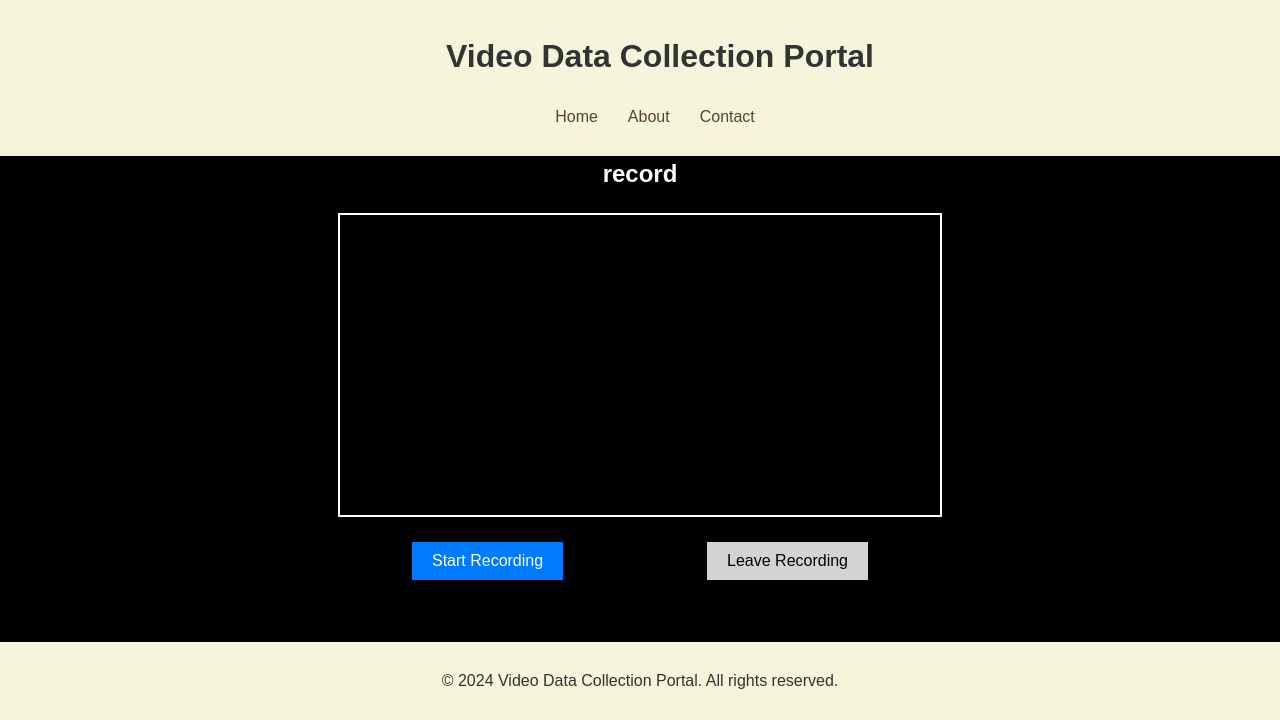
Repository: Oren93/sign_lang_data
Page: /record (app in frontend/sign-lang-ui/)
These files come from the project's save history. The page is drawn as it stood at one moment and after the next save; the edit follows.
The browser window is 1280 px wide. The pictures show the whole page.
The page's requests for data from a server got no answer. The project was rebuilt for these pictures with package versions that can differ from the ones it lists, and the page was loaded fresh each time. No one was signed in, and anything a server would have sent is missing. Also part of the build but not shown: frontend/sign-lang-ui/vite.config.ts, frontend/sign-lang-ui/src/pages/Home.tsx, frontend/sign-lang-ui/src/pages/About.tsx, frontend/sign-lang-ui/src/pages/Contact.tsx, frontend/sign-lang-ui/src/pages/Upload.module.css, frontend/sign-lang-ui/src/pages/Upload.tsx.

Above is the page before, as saved 2024-06-10 10:35:16.

### frontend/sign-lang-ui/src/main.tsx
// src/main.tsx
import React from 'react';
import ReactDOM from 'react-dom/client';
import { BrowserRouter as Router, Routes, Route } from 'react-router-dom';
import App from './App';
import './index.css';

const root = ReactDOM.createRoot(document.getElementById('root') as HTMLElement);
root.render(
  <React.StrictMode>
    <Router>
      <Routes>
        <Route path="/*" element={<App />} />
      </Routes>
    </Router>
  </React.StrictMode>
);

### frontend/sign-lang-ui/src/App.tsx
// src/App.tsx
import React, { useEffect, useLayoutEffect } from 'react';
import { Routes, Route, useLocation } from 'react-router-dom';
import Header from './components/Header';
import Footer from './components/Footer';
import Home from './pages/Home';
import About from './pages/About';
import Contact from './pages/Contact';
import Upload from './pages/Upload';
import Record from './pages/Record'; // Import the new component

const App: React.FC = () => {
  const location = useLocation();

  useLayoutEffect(() => {
    const adjustMainPadding = () => {
      const headerHeight = document.querySelector('header')?.offsetHeight || 0;
      const footerHeight = document.querySelector('footer')?.offsetHeight || 0;
      const mainElement = document.querySelector('main');

      if (mainElement) {
        mainElement.style.paddingTop = `${headerHeight}px`;
        mainElement.style.paddingBottom = `${footerHeight}px`;
      }
    };

    // Initial adjustment
    adjustMainPadding();

    // Adjust padding on load and window resize
    window.addEventListener('resize', adjustMainPadding);

    return () => {
      window.removeEventListener('resize', adjustMainPadding);
    };
  }, [location.pathname]);

  return (
    <div>
      <Header />
      <Routes>
        <Route path="/" element={<Home />} />
        <Route path="/about" element={<About />} />
        <Route path="/contact" element={<Contact />} />
        <Route path="/upload" element={<Upload />} />
        <Route path="/record" element={<Record />} /> {/* Add the new route */}
      </Routes>
      <Footer />
    </div>
  );
};

export default App;

### frontend/sign-lang-ui/src/index.css
/* src/index.css */

/* General body styles */
html, body {
  font-family: Arial, sans-serif;
  line-height: 1.6;
  margin: 0;
  padding: 0;
  background: #f4f4f4;
  color: #333;
  height: 100vh;
  overflow: auto;
}

/* Header styles */
header {
  position: fixed;
  top: 0;
  left: 0;
  width: 100%;
  background: #f5f5dc;
  color: #333;
  padding: 10px 20px;
  z-index: 1000;
  text-align: center;
}

nav ul {
  list-style: none;
  padding: 0;
}

nav ul li {
  display: inline;
  margin-right: 10px;
}

nav ul li a {
  color: #5C4033;
  text-decoration: none;
  padding: 5px 10px;
}

/* Main section styles */
main {
  position: relative;
  overflow-y: auto;
  padding-left: 20px;
  padding-right: 20px;
  background: #fff; /* Ensures background color for readability */
  transition: padding-top 0.3s ease, padding-bottom 0.3s ease; /* Smooth transitions for padding adjustments */
  padding-top: 0; /* Initially set to 0 */
  padding-bottom: 0; /* Initially set to 0 */
}

section {
  margin-bottom: 20px;
}

/* Footer styles */
footer {
  position: fixed;
  bottom: 0;
  left: 0;
  width: 100%;
  background: #f5f5dc;
  color: #333;
  padding: 10px 20px;
  z-index: 1000;
  text-align: center;
  box-sizing: border-box; /* Ensures padding is included in the element's total width and height */
}
/* Link hover effect */
nav ul li a:hover {
  color: #8B4513;
  text-decoration: underline;
}

@media (max-width: 768px) {
  nav ul {
      text-align: center;
  }

  nav ul li {
      display: block;
      margin-bottom: 10px;
  }

  main {
      margin: 10px;
  }
}

/* Form styles */
form {
  max-width: 500px;
  margin: 20px auto;
  padding: 20px;
  background: #f8f8f8;
  border: 1px solid #ddd;
}

label {
  display: block;
  margin-bottom: 10px;
}

input[type="file"] {
  margin-bottom: 20px;
}

button {
  background: #333;
  color: #fff;
  border: none;
  padding: 10px 20px;
  cursor: pointer;
}

button:hover {
  background: #555;
}

### frontend/sign-lang-ui/src/components/Header.tsx
// src/components/Header.tsx
import React from 'react';
import { Link } from 'react-router-dom';

const Header: React.FC = () => {
  return (
    <header>
      <h1>Video Data Collection Portal</h1>
      <nav>
        <ul>
          <li><Link to="/">Home</Link></li>
          <li><Link to="/about">About</Link></li>
          <li><Link to="/contact">Contact</Link></li>
          {/* Removed the upload link */}
        </ul>
      </nav>
    </header>
  );
};

export default Header;

### frontend/sign-lang-ui/src/components/Footer.tsx
// src/components/Footer.tsx
import React from 'react';

const Footer: React.FC = () => {
  return (
    <footer>
      <p>&copy; 2024 Video Data Collection Portal. All rights reserved.</p>
    </footer>
  );
};

export default Footer;

### frontend/sign-lang-ui/src/pages/Record.tsx
// src/pages/Record.tsx
import React, { useState, useRef, useEffect } from 'react';
import { useNavigate } from 'react-router-dom';
import Webcam from 'react-webcam';
import styles from './Record.module.css'; // Import the CSS module

const words = ['hello', 'world', 'sign', 'language', 'video', 'record']; // Example words

const Record: React.FC = () => {
  const [word, setWord] = useState<string>('');
  const [recording, setRecording] = useState<boolean>(false);
  const [videoUrl, setVideoUrl] = useState<string | null>(null);
  const webcamRef = useRef<Webcam>(null);
  const mediaRecorderRef = useRef<MediaRecorder | null>(null);
  const [capturedChunks, setCapturedChunks] = useState<Blob[]>([]);
  const navigate = useNavigate();

  useEffect(() => {
    generateRandomWord();
    document.documentElement.requestFullscreen();
  }, []);

  const generateRandomWord = () => {
    const randomWord = words[Math.floor(Math.random() * words.length)];
    setWord(randomWord);
  };

  const handleStartRecording = () => {
    setRecording(true);
    setCapturedChunks([]);
    if (webcamRef.current?.stream) {
      mediaRecorderRef.current = new MediaRecorder(webcamRef.current.stream, {
        mimeType: 'video/webm',
      });
      mediaRecorderRef.current.addEventListener('dataavailable', handleDataAvailable);
      mediaRecorderRef.current.start();
    }
  };

  const handleDataAvailable = (event: BlobEvent) => {
    if (event.data.size > 0) {
      setCapturedChunks((prev) => [...prev, event.data]);
    }
  };

  const handleStopRecording = () => {
    setRecording(false);
    mediaRecorderRef.current?.stop();
    if (capturedChunks.length) {
      const blob = new Blob(capturedChunks, { type: 'video/webm' });
      const url = URL.createObjectURL(blob);
      setVideoUrl(url);
    }
  };

  const handleLeaveRecording = () => {
    document.exitFullscreen();
    navigate('/');
  };

  return (
    <div className={styles.fullscreenContainer}>
      <div className={styles.overlay}>
        <h2 className={styles.word}>{word}</h2>
        <Webcam className={styles.webcam} audio={false} ref={webcamRef} />
        <div className={styles.buttonContainer}>
          {recording ? (
            <button className={styles.startButton} onClick={handleStopRecording}>Stop Recording</button>
          ) : (
            <button className={styles.startButton} onClick={handleStartRecording}>Start Recording</button>
          )}
          <button className={styles.leaveButton} onClick={handleLeaveRecording}>Leave Recording</button>
        </div>
        {videoUrl && (
          <div>
            <h3>Recorded Video:</h3>
            <video className={styles.video} src={videoUrl} controls />
          </div>
        )}
      </div>
    </div>
  );
};

export default Record;

### frontend/sign-lang-ui/src/pages/Record.module.css
/* src/pages/Record.module.css */

.fullscreenContainer {
    display: flex;
    justify-content: center;
    align-items: center;
    width: 100vw;
    height: 100vh;
    background-color: black;
    position: relative;
}

.overlay {
    display: flex;
    flex-direction: column;
    align-items: center;
    justify-content: center;
    position: absolute;
    width: 100%;
    height: 100%;
}

.word {
    color: white;
    font-size: 24px;
    margin-bottom: 20px;
}

.webcam {
    width: 50%;
    max-width: 600px;
    border: 2px solid white;
    margin-bottom: 20px;
}

.buttonContainer {
    display: flex;
    justify-content: space-around;
    width: 50%;
    max-width: 600px;
}

.startButton {
    background-color: #007bff; /* Sea blue */
    color: white;
    border: none;
    padding: 10px 20px;
    cursor: pointer;
    font-size: 16px;
    margin: 5px;
}

.leaveButton {
    background-color: #d3d3d3; /* Light grey */
    color: black;
    border: none;
    padding: 10px 20px;
    cursor: pointer;
    font-size: 16px;
    margin: 5px;
}

.video {
    margin-top: 20px;
    width: 100%;
    max-width: 600px;
}

Loaded but not shown: frontend/sign-lang-ui/index.html (common file)

After the next save:
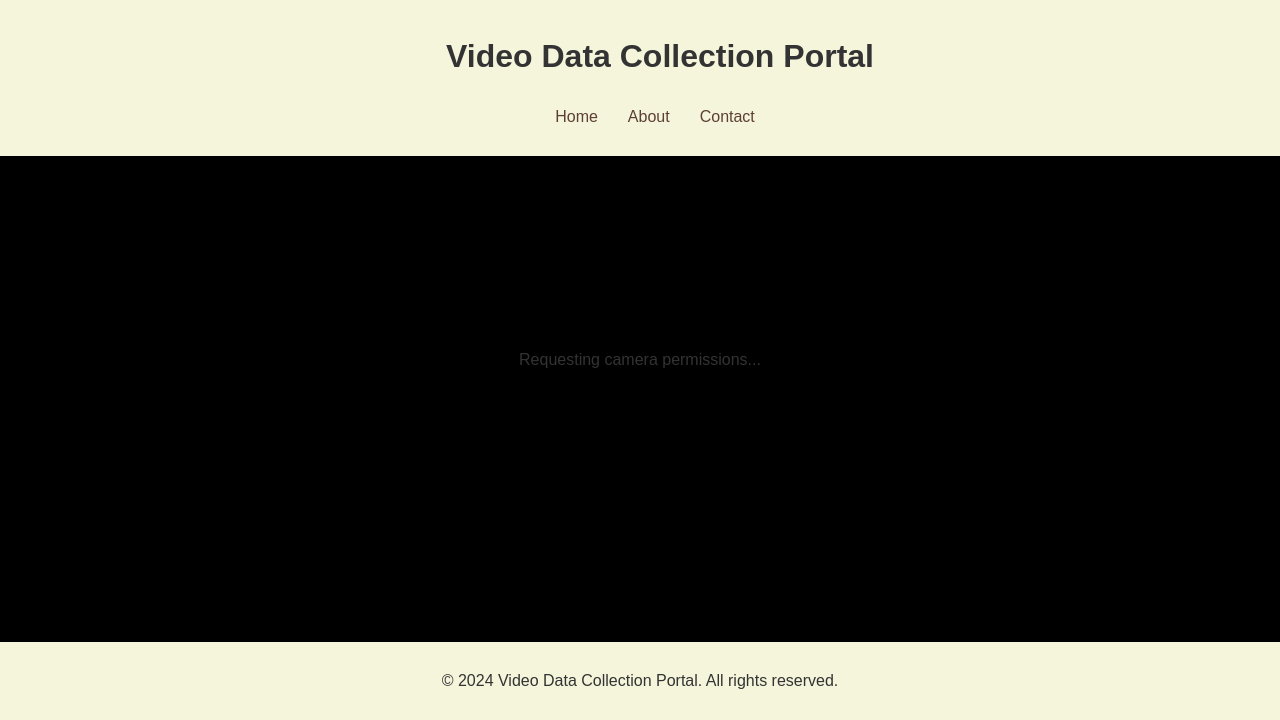
Saved 17 s later.
--- a/frontend/sign-lang-ui/src/pages/Record.tsx
+++ b/frontend/sign-lang-ui/src/pages/Record.tsx
@@ -10,6 +10,7 @@ const Record: React.FC = () => {
   const [word, setWord] = useState<string>('');
   const [recording, setRecording] = useState<boolean>(false);
   const [videoUrl, setVideoUrl] = useState<string | null>(null);
+  const [cameraEnabled, setCameraEnabled] = useState<boolean>(false);
   const webcamRef = useRef<Webcam>(null);
   const mediaRecorderRef = useRef<MediaRecorder | null>(null);
   const [capturedChunks, setCapturedChunks] = useState<Blob[]>([]);
@@ -18,7 +19,19 @@ const Record: React.FC = () => {
   useEffect(() => {
     generateRandomWord();
     document.documentElement.requestFullscreen();
-  }, []);
+
+    const requestCameraPermission = async () => {
+      try {
+        await navigator.mediaDevices.getUserMedia({ video: true });
+        setCameraEnabled(true);
+      } catch (error) {
+        alert('Camera permissions are required to proceed.');
+        navigate('/');
+      }
+    };
+
+    requestCameraPermission();
+  }, [navigate]);
 
   const generateRandomWord = () => {
     const randomWord = words[Math.floor(Math.random() * words.length)];
@@ -61,21 +74,27 @@ const Record: React.FC = () => {
   return (
     <div className={styles.fullscreenContainer}>
       <div className={styles.overlay}>
-        <h2 className={styles.word}>{word}</h2>
-        <Webcam className={styles.webcam} audio={false} ref={webcamRef} />
-        <div className={styles.buttonContainer}>
-          {recording ? (
-            <button className={styles.startButton} onClick={handleStopRecording}>Stop Recording</button>
-          ) : (
-            <button className={styles.startButton} onClick={handleStartRecording}>Start Recording</button>
-          )}
-          <button className={styles.leaveButton} onClick={handleLeaveRecording}>Leave Recording</button>
-        </div>
-        {videoUrl && (
-          <div>
-            <h3>Recorded Video:</h3>
-            <video className={styles.video} src={videoUrl} controls />
-          </div>
+        {cameraEnabled ? (
+          <>
+            <h2 className={styles.word}>{word}</h2>
+            <Webcam className={styles.webcam} audio={false} ref={webcamRef} />
+            <div className={styles.buttonContainer}>
+              {recording ? (
+                <button className={styles.startButton} onClick={handleStopRecording}>Stop Recording</button>
+              ) : (
+                <button className={styles.startButton} onClick={handleStartRecording}>Start Recording</button>
+              )}
+              <button className={styles.leaveButton} onClick={handleLeaveRecording}>Leave Recording</button>
+            </div>
+            {videoUrl && (
+              <div>
+                <h3>Recorded Video:</h3>
+                <video className={styles.video} src={videoUrl} controls />
+              </div>
+            )}
+          </>
+        ) : (
+          <p className={styles.permissionMessage}>Requesting camera permissions...</p>
         )}
       </div>
     </div>
